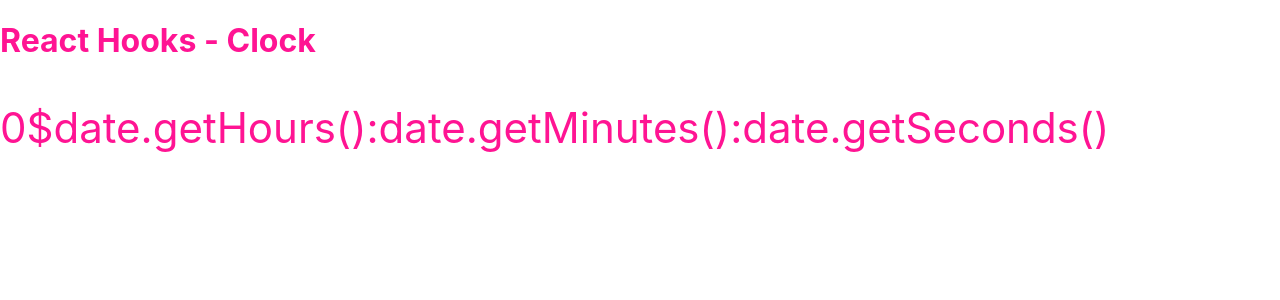
Repository: trongtamdev/react-hooks-basic
Page: /
These files come from the project's save history. The page is drawn as it stood at one moment and after a run of saves; the edit follows.
The browser window is 1280 px wide. The pictures show the whole page.
The page's requests for data from a server got no answer. The project was rebuilt for these pictures with package versions that can differ from the ones it lists, and the page was loaded fresh each time. No one was signed in, and anything a server would have sent is missing. Also part of the build but not shown: src/components/ColorBox/ColorBox.scss, src/components/ColorBox/index.jsx, src/components/TodoList/index.jsx, src/components/TodoForm/index.jsx, src/components/PostList/index.jsx, src/components/Pagination/index.jsx, src/components/PostFiltersForm/index.jsx.

Above is the page before, as saved 2022-09-06 10:12:02.

After the next 8 saves:
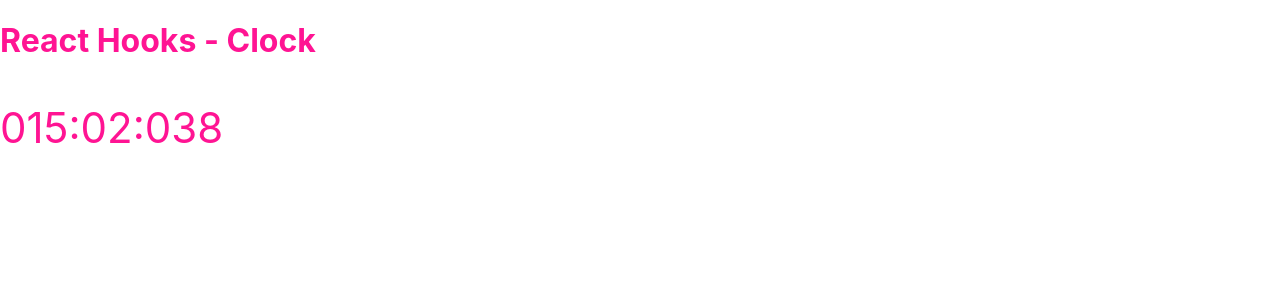
The 8 saves are shown as one change because 1 did not build or start and some came seconds apart.
The last was saved 23 s later.
--- a/src/components/Clock/index.jsx
+++ b/src/components/Clock/index.jsx
@@ -8,9 +8,9 @@ Clock.propTypes = {
 function formatDate(date) {
     if (!date) return '';
 
-    const hours = `0$date.getHours()`;
-    const minutes = `date.getMinutes()`;
-    const seconds = `date.getSeconds()`;
+    const hours = `0${date.getHours()}`;
+    const minutes = `0${date.getMinutes()}`;
+    const seconds = `0${date.getSeconds()}`;
 
     return `${hours}:${minutes}:${seconds}`;
 }
